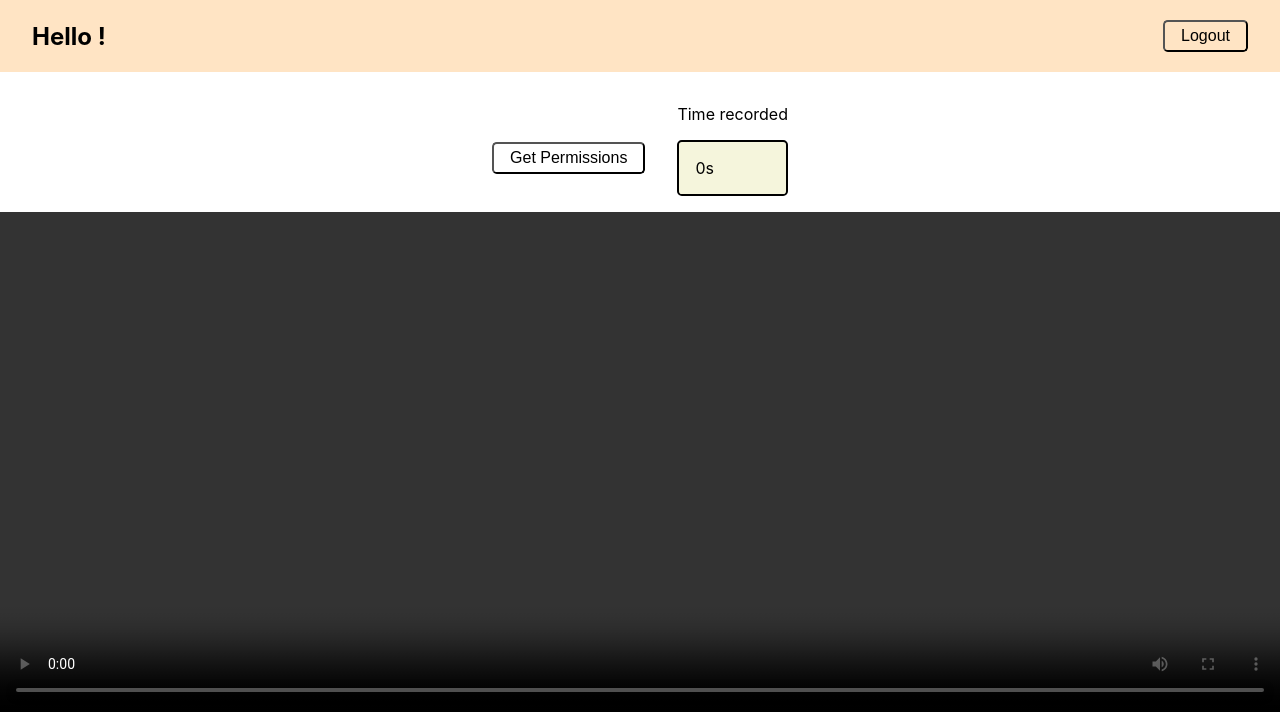
Repository: drumsmanku/test-1
Page: /recording (app in client/)
An editor plug-in stored every save of this project. The page is shown before and after the next save, followed by the edit.
The browser window is 1280 px wide. The pictures show the whole page.
The project was rebuilt for these pictures with package versions that can differ from the ones it lists, and the page was loaded fresh each time. Also part of the build but not shown: client/src/App.css, client/src/Components/Login/Login.module.css, client/src/Components/Login/Login.js, client/src/Components/Register/Register.module.css, client/src/Components/Register/Register.js.

Above is the page before, as saved 2023-08-31 20:19:05.

After the next save:
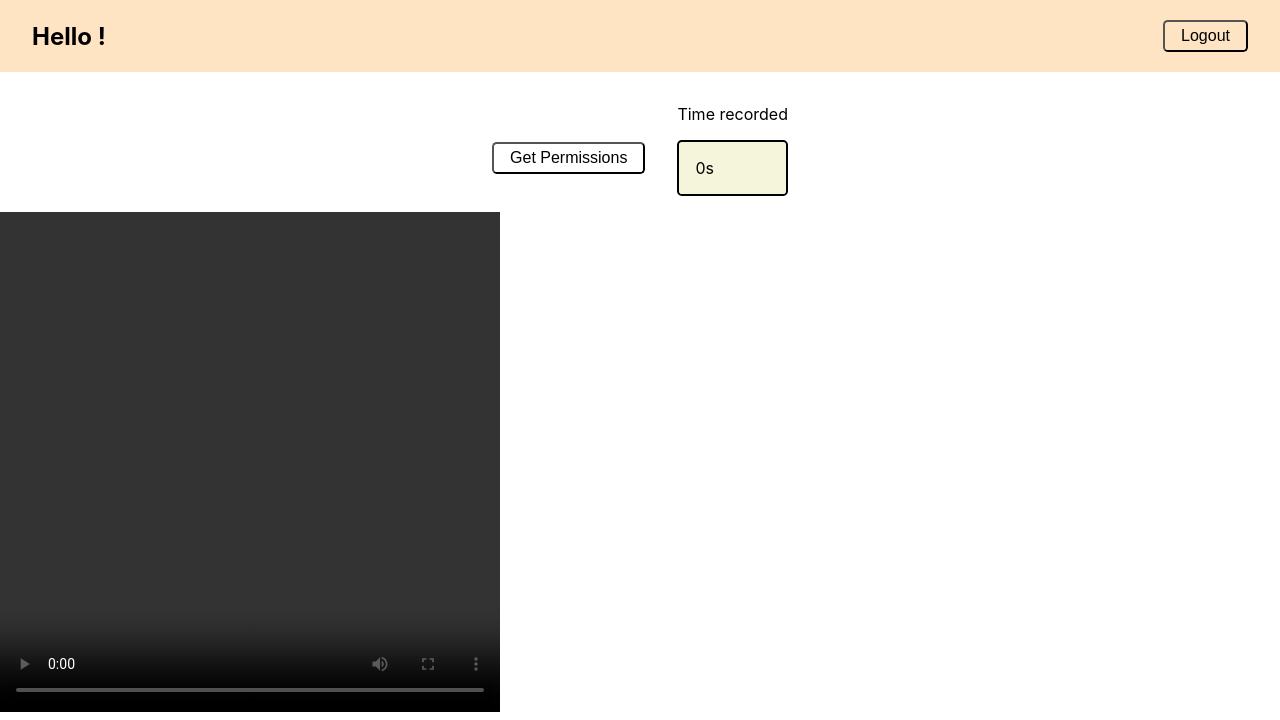
Saved 24 s later.
--- a/client/src/Components/Recording/Recording.js
+++ b/client/src/Components/Recording/Recording.js
@@ -98,7 +98,7 @@ function Recording() {
         </div>
 
       </div>
-      <video height={500} id="videoPlayback" controls autoplay></video>
+      <video height={500} width={500} id="videoPlayback" controls autoplay></video>
 
     </div>
   )
